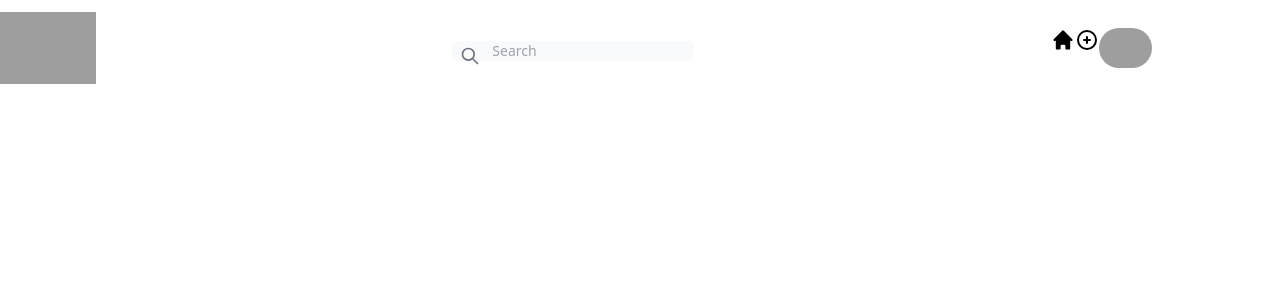
Repository: Mardoqueu/insta-v1
Page: /components/Header
The author's editor kept a copy of each file at every save. The page is drawn from the files as they stood at one save, then again after the next save.
The browser window is 1280 px wide. The pictures show the whole page.
Pictures or frames that could not be fetched are drawn as grey boxes. The project was rebuilt for these pictures with package versions that can differ from the ones it lists, and the page was loaded fresh each time. The framework's server and built-in components were replaced by stand-ins that run in the browser. Also part of the build but not shown: next.config.js.

Above is the page before, as saved 2022-08-25 10:57:04.

### pages/components/Header.js
import Image from "next/image";
import React from "react";
import { SearchIcon, PlusCircleIcon } from "@heroicons/react/outline";
import {HomeIcon} from "@heroicons/react/solid"
export default function Header() {
  return (
    <div className="flex items-center justify-between max-w-6xl">
      {/* Left */}
      <div className="cursor-pointer h-24 w-24 relative hidden lg:inline-grid">
        <Image
          src="http://www.jennexplores.com/wp-content/uploads/2015/09/Instagram_logo_black.png"
          layout="fill"
          className="object-contain"
        />
      </div>
      <div className="cursor-pointer h-24 w-10 relative  lg:hidden">
        <Image
          src="https://upload.wikimedia.org/wikipedia/commons/thumb/e/e7/Instagram_logo_2016.svg/800px-Instagram_logo_2016.svg.png"
          layout="fill"
          className="object-contain"
        />
      </div>
      {/* Middle */}

      <div className="relative mt-1">
        <div className="absolute top-2 left-2">
        <SearchIcon  className="h-5 text-gray-500" />
        </div>
        <input type="text" placeholder="Search" className="bg-gray-50 pl-10 border-gray-500 text-sm focus:ring-black focus:border-black rounded-md"/>
      </div>

    {/* Right */}

    <div className="flex">
      <HomeIcon className="h-6 cursor-pointer hover:scale-125 transition-transform duration-200 ease-out"/>
      <PlusCircleIcon className="h-6 cursor-pointer hover:scale-125 transition-transform duration-200 ease-out"/>
      <img src="https://media-exp1.licdn.com/dms/image/C4E03AQF1Icbg9ibKSQ/profile-displayphoto-shrink_800_800/0/1656524327808?e=1666828800&v=beta&t=qOGUdHrse_LvKkpyy9nUz7tCnRiXEGOzRBQ0KfwyR1o" alt="user-img" className="h-10 rounded-full cursor-pointer" />
    </div>
    </div>
  );
}

Loaded but not shown: pages/_app.js (common file); styles/globals.css (common file); tailwind.config.js (common file)

After the next save:
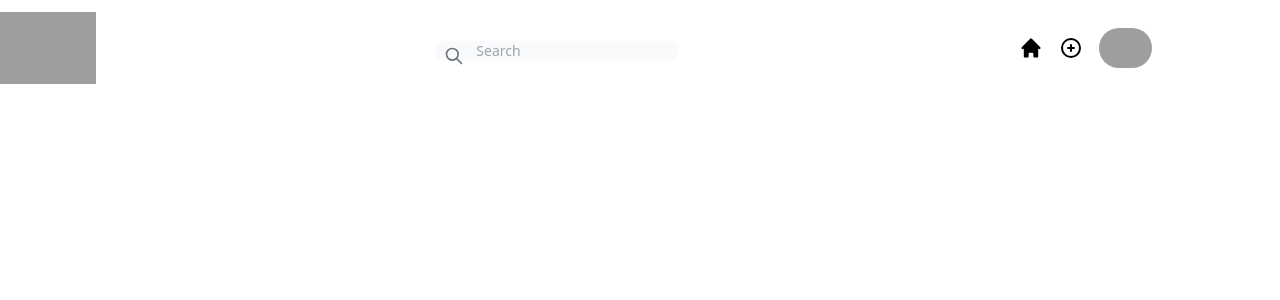
Saved 32 s later.
--- a/pages/components/Header.js
+++ b/pages/components/Header.js
@@ -31,7 +31,7 @@
 
     {/* Right */}
 
-    <div className="flex">
+    <div className="flex space-x-4 items-center">
       <HomeIcon className="h-6 cursor-pointer hover:scale-125 transition-transform duration-200 ease-out"/>
       <PlusCircleIcon className="h-6 cursor-pointer hover:scale-125 transition-transform duration-200 ease-out"/>
       <img src="https://media-exp1.licdn.com/dms/image/C4E03AQF1Icbg9ibKSQ/profile-displayphoto-shrink_800_800/0/1656524327808?e=1666828800&v=beta&t=qOGUdHrse_LvKkpyy9nUz7tCnRiXEGOzRBQ0KfwyR1o" alt="user-img" className="h-10 rounded-full cursor-pointer" />
